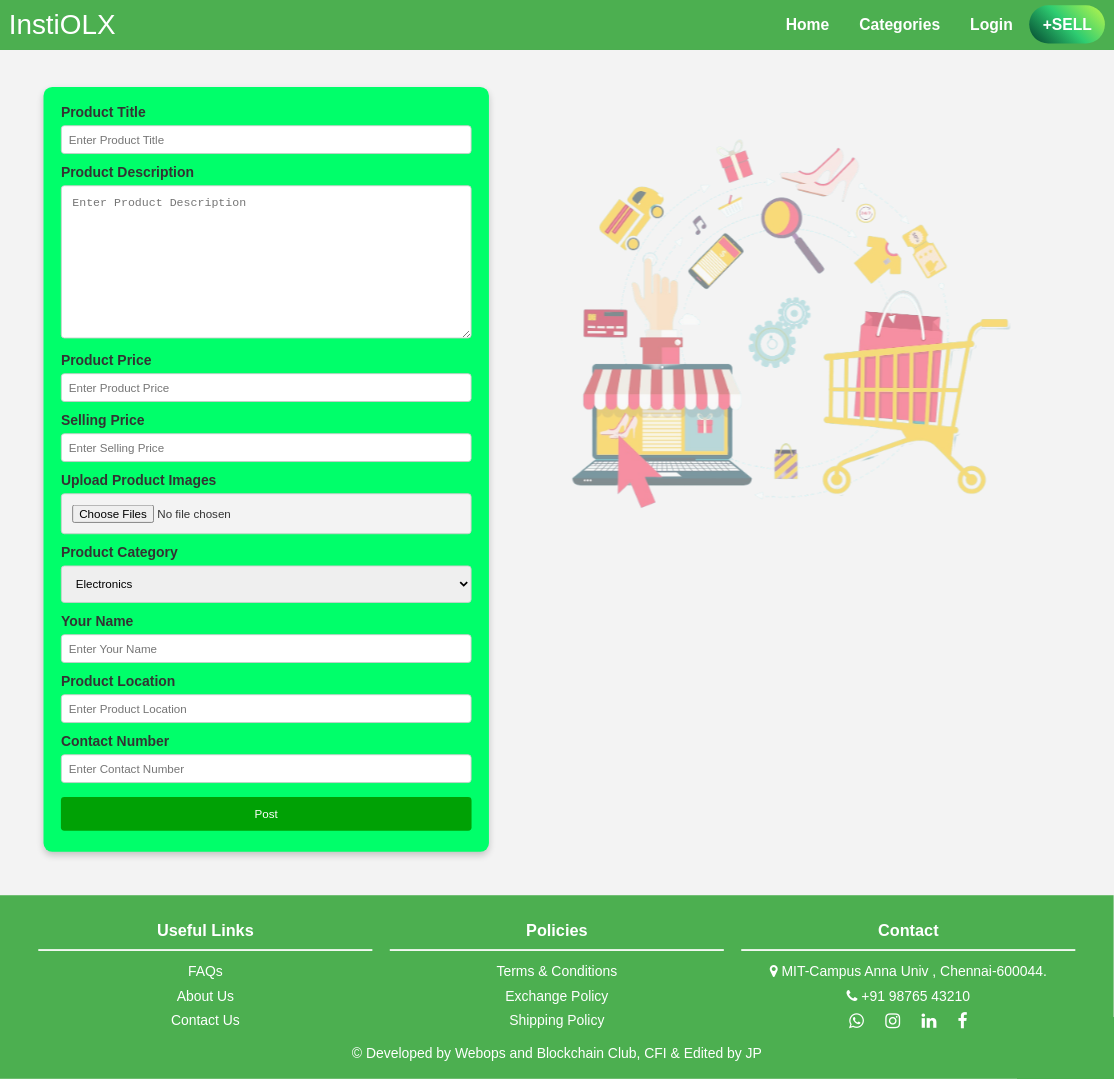
Repository: John-Prabu-A/web-dev-summer-school
Page: Session_1_Assignment/sell.html
These files come from the project's save history. The page is drawn as it stood at one moment and after the next save; the edit follows.
The browser window is 1280 px wide. The pictures show the whole page, at 87% of full size.

Above is the page before, as saved 2024-06-20 17:02:09.

### Session_1_Assignment/sell.html
<!DOCTYPE html>
<html lang="en">

<head>
    <meta charset="UTF-8">
    <meta name="viewport" content="width=device-width, initial-scale=1.0">
    <title>InstiOLX</title>
    <link rel="stylesheet" href="Styles.css">
    <link rel="stylesheet" href="https://cdnjs.cloudflare.com/ajax/libs/font-awesome/4.7.0/css/font-awesome.min.css">
    <link rel="stylesheet" href="sell-page.css">
</head>

<body>
    <header>
        <div id="logo">InstiOLX</div>
        <div class="navbar">
            <a href="/Session_1_Assignment/index.html">Home</a>
            <span class="nav-link">
                <a href="#">Categories</a>
                <a href="#">Login</a>
                <a href="/Session_1_Assignment/sell.html"
                    style="background:linear-gradient(45deg, #03442e, #2ECC71 , #BDF74B );text-align:center;border-radius:40px;">+SELL</a>
            </span>
        </div>
    </header>

    <img src="/Session_1_Assignment/sell-page-bg.png" alt="sell-page-image">
    <form action="" class="container" method="post">
        <label for="product-title"><b>Product Title</b></label>
        <input type="text" placeholder="Enter Product Title" name="product-title" required>

        <Lable for="product-description"><b>Product Description</b></Lable>
        <textarea name="product-description" id="product-description" cols="30" rows="10"
            placeholder="Enter Product Description" required></textarea>

        <label for="product-price"><b>Product Price</b></label>
        <input type="text" placeholder="Enter Product Price" name="product-price" required>

        <label for="selling-price"><b>Selling Price</b></label>
        <input type="text" placeholder="Enter Selling Price" name="selling-price" required>

        <!-- multiple photo upload -->
        <label for="product-image"><b>Upload Product Images</b></label>
        <input type="file" name="product-image" id="product-image" multiple required>

        <label for="product-category"><b>Product Category</b></label>
        <select name="product-category" id="product-category" required>
            <option value="electronics">Electronics</option>
            <option value="furniture">Furniture</option>
            <option value="vehicles">Vehicles</option>
            <option value="clothing">Clothing</option>
            <option value="books">Books</option>
            <option value="miscellaneous">Miscellaneous</option>
            <option value="other">Other</option>
        </select>

        <label for="seller-name"><b>Your Name</b></label>
        <input type="text" placeholder="Enter Your Name" name="seller-name" required>

        <label for="product-location"><b>Product Location</b></label>
        <input type="text" placeholder="Enter Product Location" name="product-location" required>

        <label for="product-contact"><b>Contact Number</b></label>
        <input type="text" placeholder="Enter Contact Number" name="product-contact" required>

        <button type="submit">Post</button>
    </form>
    <footer class="footer">
        <div class="footer-container">
            <div class="footer-column">
                <h3>Useful Links</h3>
                <ul>
                    <li><a href="#">FAQs</a></li>
                    <li><a href="#">About Us</a></li>
                    <li><a href="#">Contact Us</a></li>
                </ul>
            </div>
            <div class="footer-column">
                <h3>Policies</h3>
                <ul>
                    <li><a href="#">Terms & Conditions</a></li>
                    <li><a href="#">Exchange Policy</a></li>
                    <li><a href="#">Shipping Policy</a></li>
                </ul>
            </div>
            <div class="footer-column">
                <h3>Contact</h3>
                <p><i class="fa fa-map-marker"></i> MIT-Campus Anna Univ , Chennai-600044.</p>
                <p><i class="fa fa-phone"></i> +91 98765 43210</p>
                <div class="social-icons">
                    <a href="#" class="fa fa-whatsapp"></a>
                    <a href="#" class="fa fa-instagram"></a>
                    <a href="#" class="fa fa-linkedin"></a>
                    <a href="#" class="fa fa-facebook"></a>
                </div>
            </div>
            © Developed by Webops and Blockchain Club, CFI & Edited by JP
        </div>
    </footer>
</body>

</html>

### Session_1_Assignment/Styles.css
* {
    box-sizing: border-box;
    margin: 0;
    padding: 0;
}

body {
    font-family: 'Gill Sans', 'Gill Sans MT', Calibri, 'Trebuchet MS', sans-serif;
    background-color: white;
    color: #333;
}

header{
    background-color: #4CAF50;
    color: white;
    padding: 10px;
    display: flex;
    justify-content: space-between;
    align-items: center;
    position: fixed;
    width: 100%;
    z-index: 100;
  }
  header #logo {
    font-size: 2em;
  }

  header .navbar a{
    color: white;
    font-weight: bold;
    font-size: 18px;
    padding: 12px 15px;
    text-decoration: none;
  }
  header .navbar a:hover{
    background-color: #45a049;
  }
.banner {
    position: relative;
    padding: 60px 0 0 0;
}

.banner img {
    width: 100%;
}

.search-bar {
    margin: 20px;
    display: flex;
    justify-content: center;
}

.search-bar input[type="text"] {
    width: 300px;
    padding: 10px;
    border: 2px solid #4CAF50;
    border-radius: 5px 0 0 5px;
    border-right: 0;
    outline: none;             /*On starting to type it creates balck border by default,so to avoid it v use this*/
}

.search-bar button {
    padding: 10px 20px;
    border: 2px solid #4CAF50;
    border-left: 0;
    background-color: #4CAF50;
    color: white;
    cursor: pointer;
    border-radius: 0 5px 5px 0;
}

.search-bar button:hover {
    background-color: #45a049;
}

.slideshow-container {
    display: flex;
    justify-content: center;
    gap: 50px;
    flex-wrap: wrap;
}

.slideshow {
    position: relative;
    width: 350px;
    height: 350px;
    overflow: hidden;
    border-radius: 20px;
    border: 2px solid #ddd;
    box-shadow: 0 0 10px rgba(0, 0, 0, 0.1);
}

.slideshow-image {
    position: absolute;
    width: 100%;
    height: 100%;
    background-size: cover;
    opacity: 0;
    animation-iteration-count: infinite;
}

.image1 { background-image: url('https://encrypted-tbn0.gstatic.com/images?q=tbn:ANd9GcQVwGVsuaL7RGKo6A_Sqq83s5_6XYFMhHsjug&s');
          animation-name: fade1;
          animation-duration: 4s; }
.image2 { background-image: url('https://5.imimg.com/data5/WS/NI/FV/SELLER-11710265/mad-maxx-bicycles-avengers-single-kids-cycle-500x500.jpg');
          animation-name: fade2;
          animation-duration: 4s; }
.image3 { background-image: url('https://5.imimg.com/data5/SELLER/Default/2022/7/YX/MH/UK/153492086/pulsar-150cc-twin-disk-500x500.png');
          animation-name: fade3;
          animation-duration: 4s; }
.image4 { background-image: url('https://cpimg.tistatic.com/07673503/b/4/Toyota-Innova-Crysta.jpg');
          animation-name: fade1;
          animation-duration: 4s; }
.image5 { background-image: url('https://tiimg.tistatic.com/fp/1/007/862/most-advanced-modern-premium-lg-7-kg-front-fully-automatic-washing-machine-255.jpg');
          animation-name: fade2;
          animation-duration: 4s; }
.image6 { background-image: url('https://5.imimg.com/data5/SELLER/Default/2022/3/MI/KE/UL/19250422/whirlpool-1-0-ton-3-star-inverter-split-ac-500x500.jpg');
          animation-name: fade3;
          animation-duration: 4s; }
.image7 { background-image: url('https://5.imimg.com/data5/SELLER/Default/2021/8/HZ/XR/AC/8962391/household-vacuum-cleaner-500x500.jpg');
          animation-name: fade1;
          animation-duration: 4s; }
.image8 { background-image: url('https://static.nbastore.in/resized/500X500/50/nba-authentic-series-indoor-outdoor-basketball-size-7-brown-65146fd7e6af2.jpg');
          animation-name: fade2;
          animation-duration: 4s; }
.image9 { background-image: url('https://m.media-amazon.com/images/I/61KOc8c4xQL._SL1200_.jpg');
          animation-name: fade3;
          animation-duration: 4s; }

@keyframes fade1 {
    0%, 33.33% { opacity: 1; }
    33.34%, 100% { opacity: 0; }
}
@keyframes fade2 {
    0%, 33.33% { opacity: 0; }
    33.34%, 66.66% { opacity: 1; }
    66.67%, 100% { opacity: 0; }
}
@keyframes fade3 {
    0%, 66.66% { opacity: 0; }
    66.67%, 100% { opacity: 1; }
}

.container {
    position: relative;
    max-width: 100%;
  }

    .image {
        opacity: 1;
        display: block;
        width: 100%;
        height: auto;
    }

  .middle {
    opacity: 0;
    width: 80%;
    position: absolute;
    top: 50%;
    left: 50%;
    transform: translate(-50%, -50%);
    text-align: center;
  }
  .text {
    color: #4CAF50;
    font-size: 16px;
    padding: 16px 32px;
  }
  .container:hover .image {
    opacity: 0.3;
  }

  .container:hover .middle {
    opacity: 1;
  }


.product-listings {
    display: flex;
    flex-wrap: wrap;
    justify-content: center;
    margin: 20px;
    border: 5px solid #4CAF50;
    border-radius: 15px;
    padding: 25px;
}

.product {
    background-color: white;
    border: 2px solid #e0e0e0;
    border-radius: 10px;
    margin: 30px;
    padding: 15px;
    width: 220px;
    text-align: center;
    transition: transform 0.5s, box-shadow 0.3s;
}

.product:hover {
    box-shadow: 0 4px 8px rgba(0, 0, 0, 0.2);
    transform: scale(1.05);
}

.product img {
    max-width: 100%;
    border-bottom: 1px solid #e0e0e0;
    margin-bottom: 10px;
}

.product-info h2 {
    font-size: 1.2em;
    margin-bottom: 10px;
    color: #4CAF50;
}

.product-info p {
    font-size: 1em;
    color: #777;
}

.footer {
    background-color: #4CAF50;
    color: white;
    text-align: center;
    padding: 20px 0;
    margin-top: 40px;
}

.footer-container {
    display: flex;
    flex-wrap: wrap;
    justify-content: center;
}

.footer-column {
    width: 30%;
    margin: 10px;
}

.footer-column h3 {
    border-bottom: 2px solid #fff;
    padding-bottom: 10px;
    margin-bottom: 15px;
}

.footer-column ul {
    list-style-type: none;
}

.footer-column ul li {
    margin: 10px ;
}

.footer-column ul li a {
    color: white;
    text-decoration: none;
}

.footer-column p {
    margin-top: 10px;
}

.footer-column .social-icons {
    margin-top: 10px;
}

.footer-column .social-icons a {
    color: white;
    text-decoration: none;
    margin: 0 10px;
    font-size: 20px;
}


@media screen and (max-width: 780px) {

    .slideshow-container {
        flex-direction: column;
        gap: 20px;
    }

    .slideshow {
        margin:auto;
    }

    .nav-link {
        display: none;
    }

    .middle {
        display: none;
    }

    .product {
        width: 100%;
    }
    .product-listings {
        margin: 10px;
    }
    .footer-column {
        width: 100%;
    }
    .footer-column ul {
        text-align: center;
    }
    .footer-column .social-icons {
        text-align: center;
    }
    .footer-column .social-icons a {
        margin: 0 5px;
    }
}

### Session_1_Assignment/sell-page.css
body {
    font-family: Arial, Helvetica, sans-serif;
    background-color: #f3f3f3;
}

img {
    display: block;
    position: fixed;
    right: 0;
    top: 15%;
    padding: 16px;
    width: 60%;
    height: auto;
    z-index: -1;
    box-sizing: border-box;
    opacity: 0.5;
    transition: opacity 0.2s ease-out;
}

.sticky-container {
    position: -webkit-sticky;
    position: sticky;
    top: 0;
    height: 100px;
}

.container {
    display: block;
    position: relative;
    top: 100px;
    padding: 16px;
    margin: 0 20px 150px 50px;
    background-color: #00ff6a;
    padding: 20px;
    width: 40%;
    border-radius: 10px;
    box-shadow: 0 4px 8px 0 rgba(0, 0, 0, 0.2);
}

input[type=text],
select,
textarea {
    width: 100%;
    padding: 8px;
    border: 1px solid #ccc;
    border-radius: 4px;
    box-sizing: border-box;
    margin-top: 6px;
    margin-bottom: 12px;
    resize: vertical;
}

button {
    background-color: #00a105;
    color: white;
    padding: 12px 20px;
    margin: 4px 0;
    border: none;
    border-radius: 4px;
    cursor: pointer;
    width: 100%;
}

button:hover {
    background-color: #007506;
}

.container label {
    font-weight: bold;
}

.container select {
    width: 100%;
    padding: 12px;
    border: 1px solid #ccc;
    border-radius: 4px;
    box-sizing: border-box;
    margin-top: 6px;
    margin-bottom: 12px;
    resize: vertical;
}

.container textarea {
    width: 100%;
    padding: 12px;
    border: 1px solid #ccc;
    border-radius: 4px;
    box-sizing: border-box;
    margin-top: 6px;
    margin-bottom: 12px;
    resize: vertical;
}

.container input[type=file] {
    width: 100%;
    padding: 12px;
    border: 1px solid #ccc;
    background-color: #f3f3f3;
    border-radius: 4px;
    box-sizing: border-box;
    margin-top: 6px;
    margin-bottom: 12px;
    resize: vertical;
}

@media (max-width: 768px) {
    .product-listings {
        margin: 10px;
    }

    .product {
        margin: 10px;
    }

    img {
        width: 100%;
        margin: 0 auto;
        top: 50px;
        display: block;
        position: relative;
    }

    .container {
        width: 80dvw;
        margin-top: 0px;
        top: 0;
    }

    .footer-column {
        width: 100%;
    }
}

After the next save:
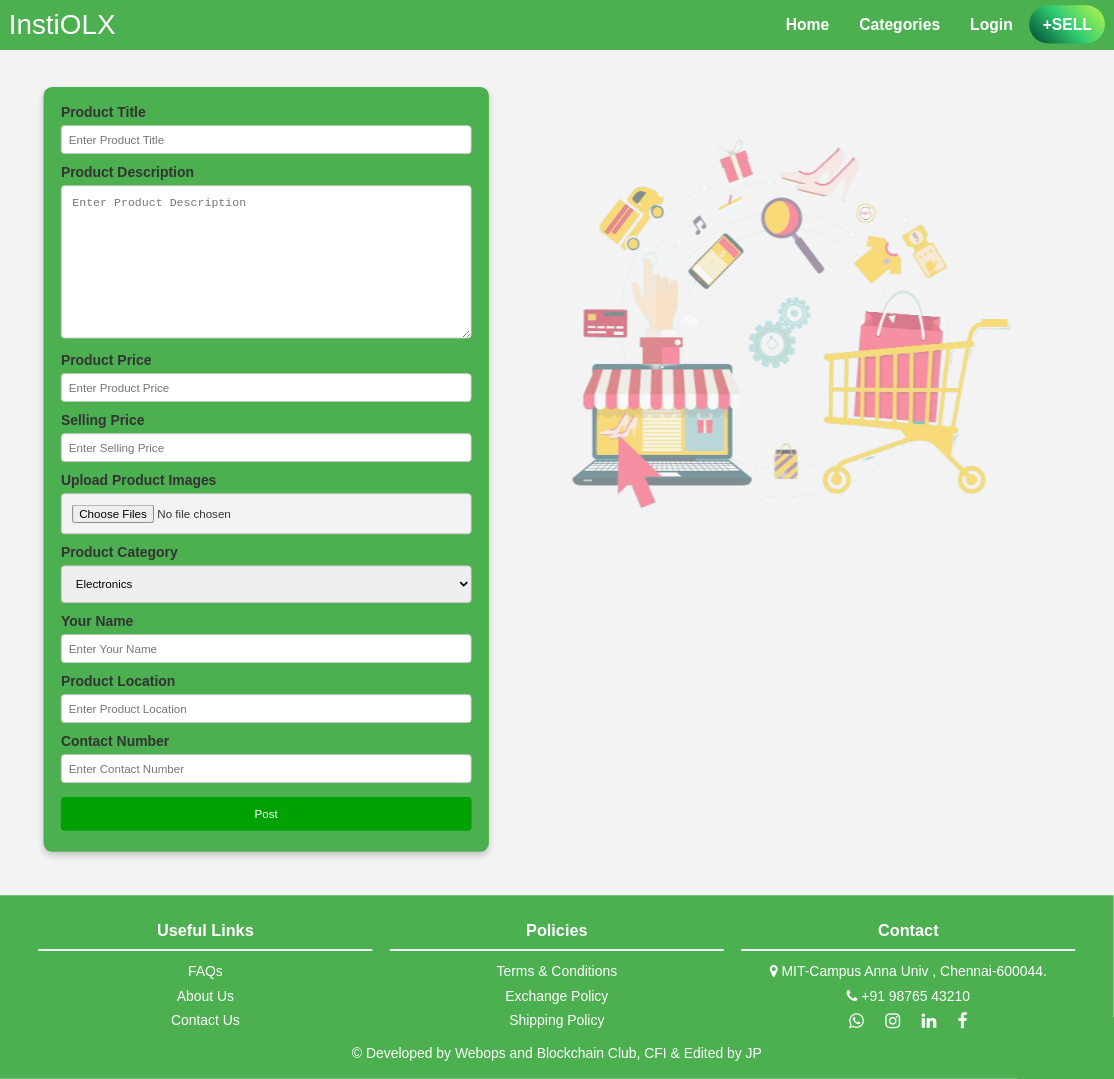
Saved 2 min 14 s later.
--- a/Session_1_Assignment/sell-page.css
+++ b/Session_1_Assignment/sell-page.css
@@ -30,7 +30,7 @@ img {
     top: 100px;
     padding: 16px;
     margin: 0 20px 150px 50px;
-    background-color: #00ff6a;
+    background-color: #4CAF50;
     padding: 20px;
     width: 40%;
     border-radius: 10px;
